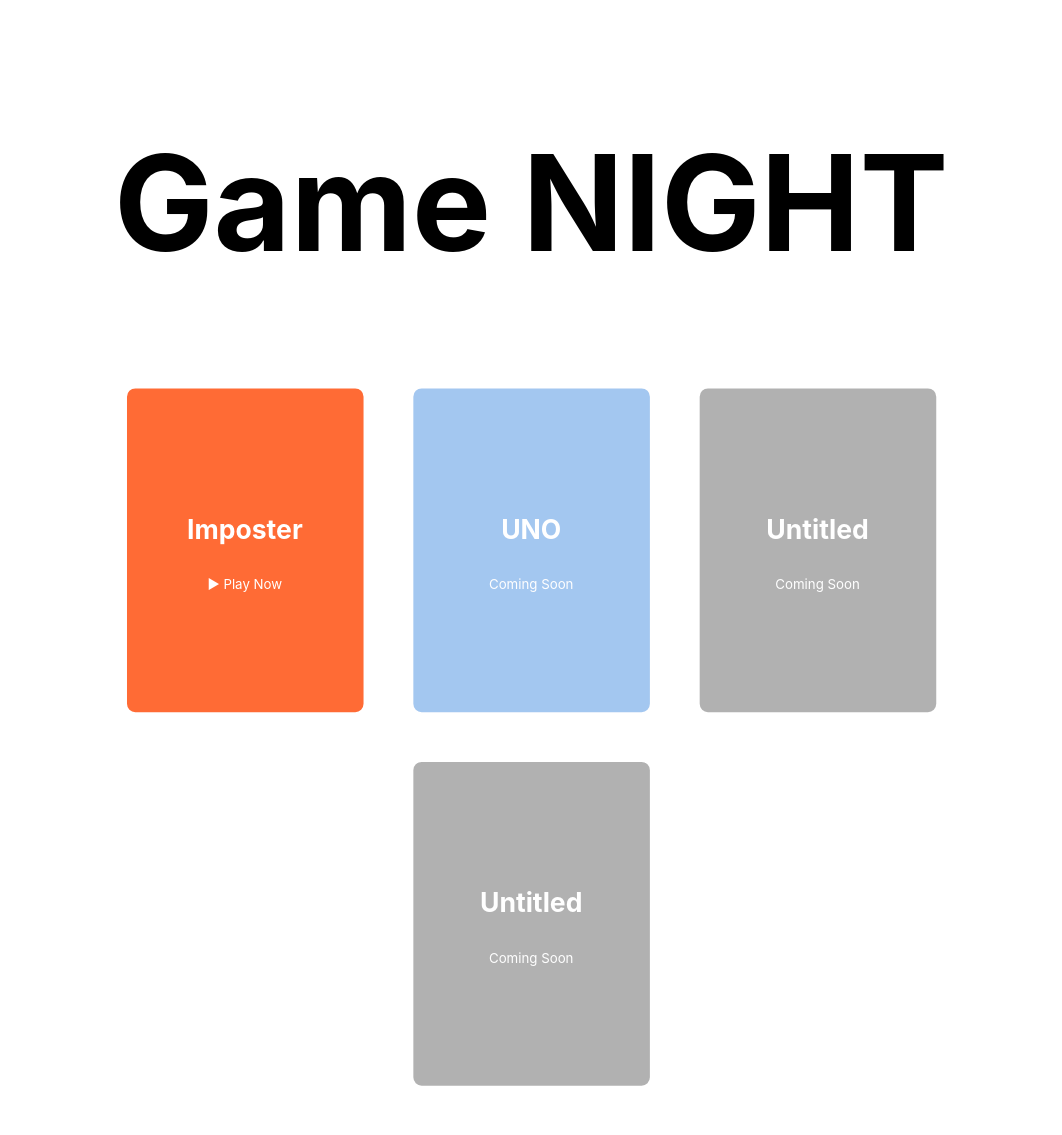
Repository: nfemmanuel/game-night-app
Page: /
An editor plug-in stored every save of this project. The page is shown before and after the next save, followed by the edit.
The browser window is 1280 px wide. The pictures show the whole page, at 83% of full size.
The project was rebuilt for these pictures with package versions that can differ from the ones it lists, and the page was loaded fresh each time. Also part of the build but not shown: src/styles/global.css, src/components/HelpButton.jsx, src/components/BackButton.jsx, src/pages/ImposterSetup.jsx, src/data/wordList.js, src/pages/ImposterReveal.jsx, src/pages/ImposterVoting.jsx.

Above is the page before, as saved 2025-12-31 18:08:32.

### public/index.html
<!DOCTYPE html>
<html lang="en">
  <head>
    <meta charset="utf-8" />
    <link rel="icon" href="%PUBLIC_URL%/favicon.ico" />
    <link rel="preconnect" href="https://fonts.googleapis.com">
    <link rel="preconnect" href="https://fonts.gstatic.com" crossorigin>
    <link href="https://fonts.googleapis.com/css2?family=Montserrat:wght@400;600;700&display=swap" rel="stylesheet">
    <meta name="viewport" content="width=device-width, initial-scale=1" />
    <meta name="theme-color" content="#000000" />
    <meta
      name="description"
      content="Web site created using create-react-app"
    />
    <link rel="apple-touch-icon" href="%PUBLIC_URL%/logo192.png" />
    <!--
      manifest.json provides metadata used when your web app is installed on a
      user's mobile device or desktop. See https://developers.google.com/web/fundamentals/web-app-manifest/
    -->
    <link rel="manifest" href="%PUBLIC_URL%/manifest.json" />
    <!--
      Notice the use of %PUBLIC_URL% in the tags above.
      It will be replaced with the URL of the `public` folder during the build.
      Only files inside the `public` folder can be referenced from the HTML.

      Unlike "/favicon.ico" or "favicon.ico", "%PUBLIC_URL%/favicon.ico" will
      work correctly both with client-side routing and a non-root public URL.
      Learn how to configure a non-root public URL by running `npm run build`.
    -->
    <title>React App</title>
  </head>
  <body>
    <noscript>You need to enable JavaScript to run this app.</noscript>
    <div id="root"></div>
    <!--
      This HTML file is a template.
      If you open it directly in the browser, you will see an empty page.

      You can add webfonts, meta tags, or analytics to this file.
      The build step will place the bundled scripts into the <body> tag.

      To begin the development, run `npm start` or `yarn start`.
      To create a production bundle, use `npm run build` or `yarn build`.
    -->
  </body>
</html>

### src/App.js
import { BrowserRouter, Routes, Route } from 'react-router-dom';
import './styles/global.css';
import LandingPage from './pages/LandingPage';
import ImposterSetup from './pages/ImposterSetup';
import ImposterReveal from './pages/ImposterReveal';
import ImposterVoting from './pages/ImposterVoting';

function App() {
  return (
    <BrowserRouter>
      <Routes>
        <Route path="/" element={<LandingPage />} />
        <Route path="/imposter-setup" element={<ImposterSetup />} />
        <Route path="/imposter-reveal" element={<ImposterReveal />} />
        <Route path="/imposter-voting" element={<ImposterVoting />} />
      </Routes>
    </BrowserRouter>
  );
}

export default App;

### src/pages/LandingPage.jsx
import { useNavigate } from 'react-router-dom';
import GameCard from '../components/GameCard';
import HelpButton from '../components/HelpButton';

function LandingPage() {
    const navigate = useNavigate();

    const handleClick = (gameName, route) => {
        if (route) {
            navigate(route);
        }
    };

    return (
        <div style={{ padding: '40px', textAlign: 'center' }}>
            <h1 style={{ fontSize: '10rem' }}>Game NIGHT</h1>

            <div style={{
                display: 'flex',
                gap: '20px',
                justifyContent: 'center',
                marginTop: '40px',
                flexWrap: 'wrap'
            }}>
                <GameCard
                    name="Imposter"
                    available={true}
                    color="orange"
                    onClick={() => handleClick("Imposter", "/imposter-setup")}
                />
                <GameCard
                    name="UNO"
                    available={false}
                    color="blue"
                    onClick={() => handleClick("UNO", "/uno-setup")}
                />
                <GameCard
                    name="Untitled"
                    available={false}
                    onClick={() => { }}
                />
                <GameCard
                    name="Untitled"
                    available={false}
                    onClick={() => { }}
                />
            </div>
        </div>
    );
}

export default LandingPage;

### src/components/GameCard.jsx
import styles from './GameCard.module.css';

function GameCard({ name, available, onClick, color }) {  // Add color here
    // Combine card + available/disabled classes + color
    const cardClasses = `${styles.card} ${available ? styles.available : styles.disabled} ${color ? styles[color] : ''}`;

    return (
        <div
            className={cardClasses}
            onClick={available ? onClick : null}
        >
            <h1>{name}</h1>
            <p>{available ? '▶ Play Now' : 'Coming Soon'}</p>
        </div>
    );
}

export default GameCard;

### src/components/GameCard.module.css
.card {
    width: 225px;
    height: 330px;
    padding: 30px;
    margin: 10px;
    border-radius: 20px;
    border: 10px solid white;
    text-align: center;
    transition: all 0.3s ease;
    display: flex;
    flex-direction: column;
    justify-content: center;
}

.available {
    color: white;
    cursor: pointer;
}

.available:hover {
    transform: scale(1.05);
}

.disabled {
    background-color: #666;
    color: white;
    cursor: not-allowed;
    opacity: 0.5;
}

.orange {
    background-color: #FF6B35;
}

.orange:hover {
    box-shadow: 0 0 20px rgba(255, 107, 53, 0.6);
}

.blue {
    background-color: #4A90E2;
}

.blue:hover {
    box-shadow: 0 0 20px rgba(74, 144, 226, 0.6);
}

/* Mobile: smaller cards */
@media (max-width: 768px) {
    .card {
        width: 160px;
        height: 240px;
        padding: 20px;
        margin: 8px;
        border: 6px solid white;
    }
}

@media (max-width: 480px) {
    .card {
        width: 140px;
        height: 210px;
        padding: 15px;
        margin: 5px;
        border: 5px solid white;
    }

    .card h1 {
        font-size: 1.3rem;
    }

    .card p {
        font-size: 0.9rem;
    }
}

Loaded but not shown: src/index.js (common file); src/index.css (common file); src/reportWebVitals.js (common file)

After the next save:
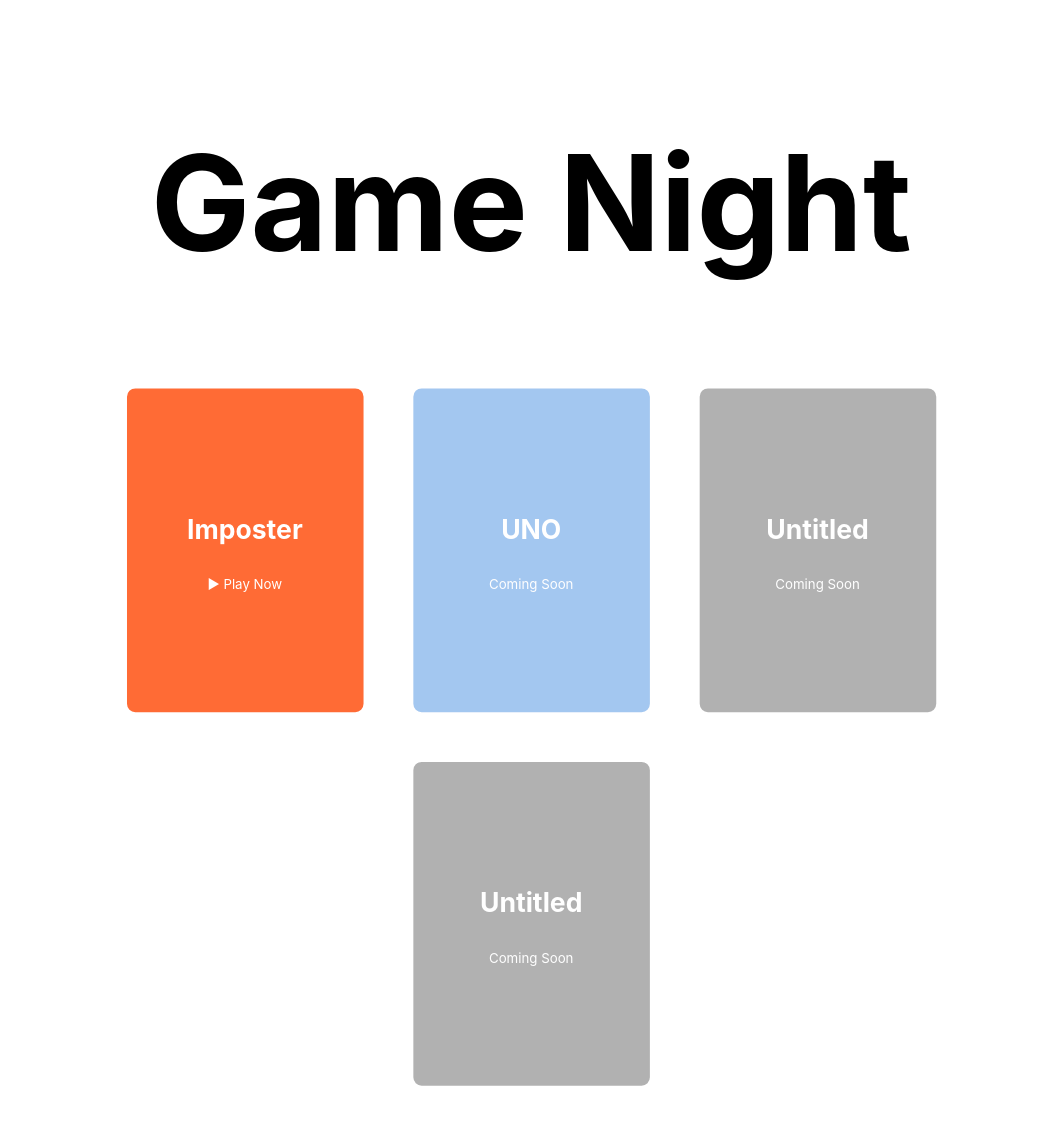
Saved 39 s later.
--- a/src/pages/LandingPage.jsx
+++ b/src/pages/LandingPage.jsx
@@ -13,14 +13,15 @@ function LandingPage() {
 
     return (
         <div style={{ padding: '40px', textAlign: 'center' }}>
-            <h1 style={{ fontSize: '10rem' }}>Game NIGHT</h1>
+            <h1 style={{ fontSize: '10rem' }}>Game Night</h1>
 
             <div style={{
                 display: 'flex',
                 gap: '20px',
                 justifyContent: 'center',
                 marginTop: '40px',
-                flexWrap: 'wrap'
+                flexWrap: 'wrap',
+                padding: '0 10px'  // Add padding on sides for mobile
             }}>
                 <GameCard
                     name="Imposter"
